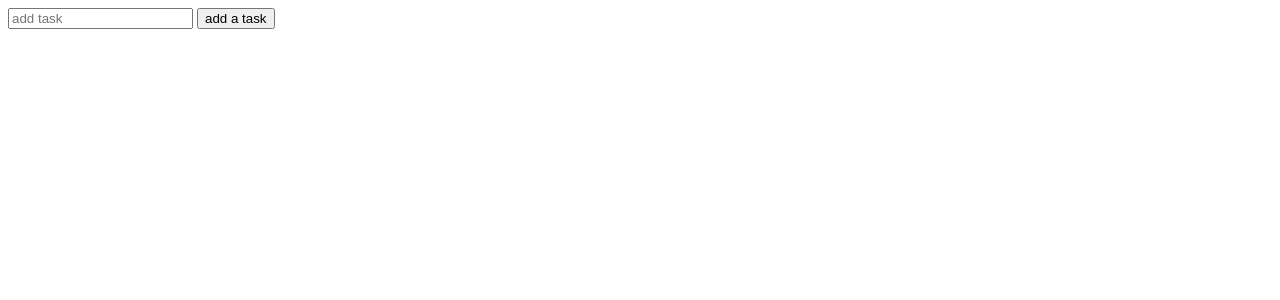
Repository: tanayburbure/Todo-application
Page: index.html
An editor plug-in stored every save of this project. The page is shown before and after the next save, followed by the edit.
The browser window is 1280 px wide. The pictures show the whole page.

Above is the page before, as saved 2025-10-25 18:20:20.

After the next save:
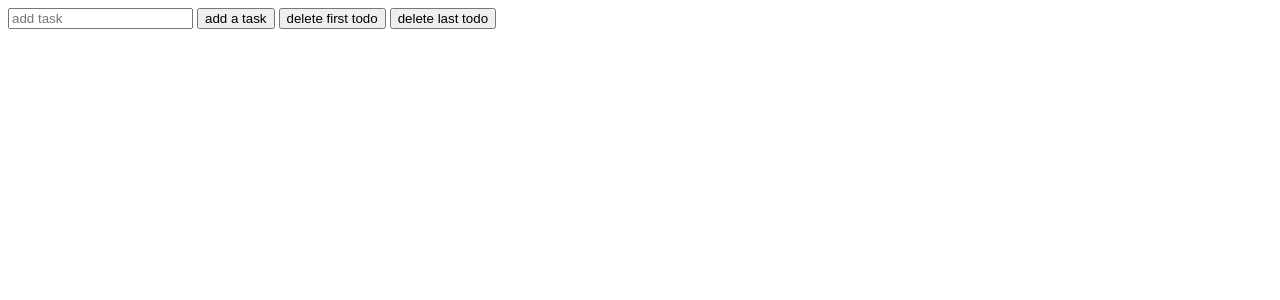
Saved 4 min 50 s later.
--- a/index.html
+++ b/index.html
@@ -8,6 +8,8 @@
 <body>
     <input type="text" placeholder="add task"/>
     <button onclick="addtodo()" >add a task</button>
+    <button onclick="deleteFirstTodo()"> delete first todo</button>
+    <button onclick="deleteLastTodo()"> delete last todo</button>
     <div id="todos"></div>
 
     <script src="script.js"></script>
